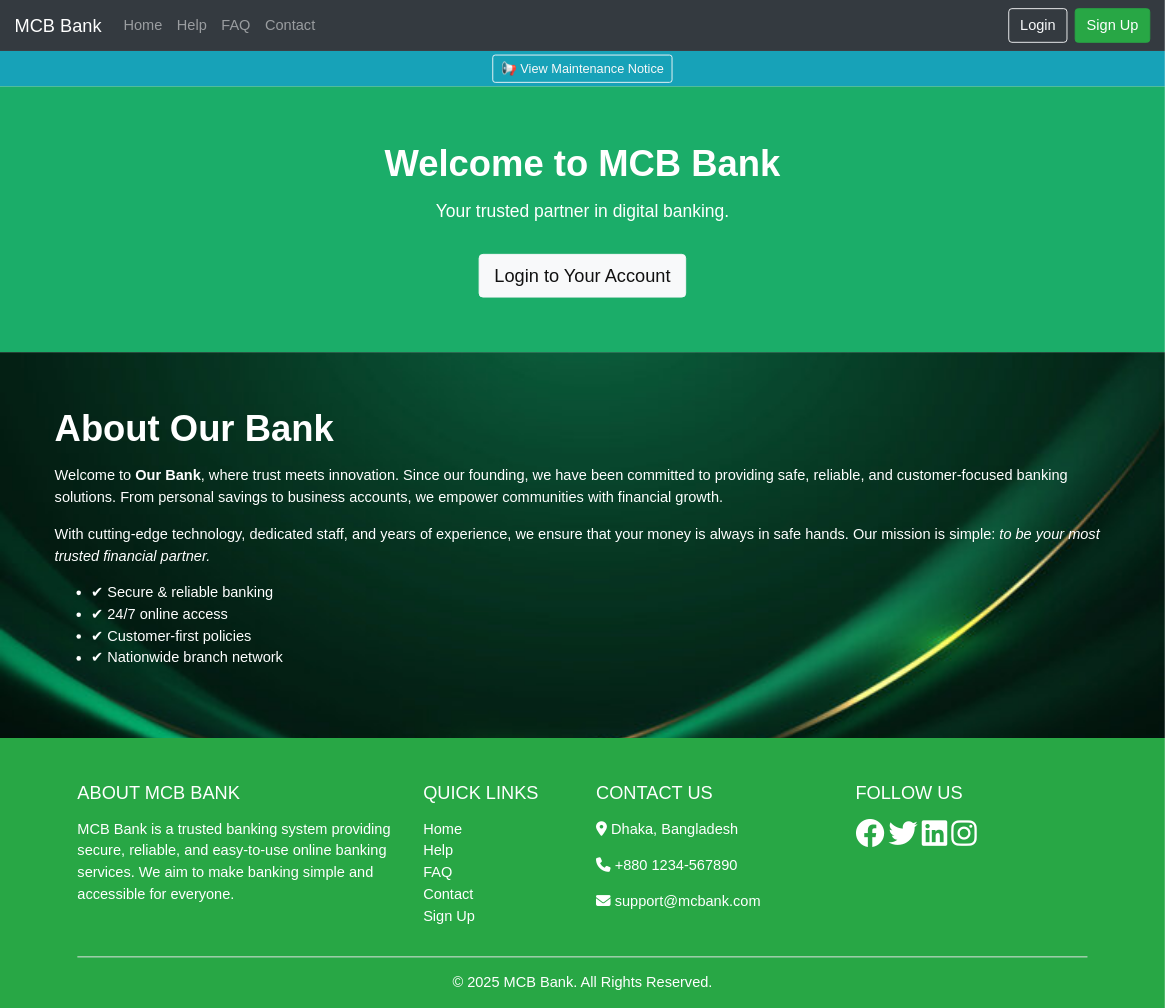
Repository: mhbshimla/my-bank
Page: http://localhost/home.php
The author's editor kept a copy of each file at every save. The page is drawn from the files as they stood at one save, then again after the next save.
The browser window is 1280 px wide. The pictures show the whole page, at 91% of full size.
The page is run by PHP 8.4 with error messages shown; the project is at /var/www/html/.

Above is the page before, as saved 2025-10-17 21:33:25.

### home.php
<!DOCTYPE html>
<html>
<head>
  <title>Welcome to MCB Bank</title>
  <?php require 'assets/autoloader.php'; ?>
  <style>
    body { background: #f9f9f9; font-family: Arial, sans-serif; }
    .hero { padding: 60px; text-align: center; background: #1bad69ff; color: white; }
    .hero h1 { font-size: 2.5rem; margin-bottom: 15px; }
    .hero p { font-size: 1.2rem; }
    .section { padding: 40px; }
    .announcement-bar {
    animation: fadeIn 1s ease-in-out;
  }
  @keyframes fadeIn {
    from { opacity: 0; transform: translateY(-10px); }
    to { opacity: 1; transform: translateY(0); }
  }
  </style>
</head>
<body>

<nav class="navbar navbar-expand-lg navbar-dark bg-dark">
  <a class="navbar-brand" href="index.php">MCB Bank</a>
  <button class="navbar-toggler" type="button" data-toggle="collapse" data-target="#navbarNav" aria-controls="navbarNav" aria-expanded="false" aria-label="Toggle navigation">
    <span class="navbar-toggler-icon"></span>
  </button>

  <div class="collapse navbar-collapse" id="navbarNav">
    <ul class="navbar-nav mr-auto">
      <li class="nav-item"><a class="nav-link" href="home.php">Home</a></li>
      <!-- <li class="nav-item"><a class="nav-link" href="aboutourbank.php">About Our Bank</a></li> -->
      <li class="nav-item"><a class="nav-link" href="help.php">Help</a></li>
      <li class="nav-item"><a class="nav-link" href="faq.php">FAQ</a></li>
      <li class="nav-item"><a class="nav-link" href="contact.php">Contact</a></li>
    </ul>
    <ul class="navbar-nav">
      <li class="nav-item"><a class="btn btn-outline-light mr-2" href="login.php">Login</a></li>
      <li class="nav-item"><a class="btn btn-success" href="signup.php">Sign Up</a></li>
    </ul>
  </div>
</nav>
<!-- Announcement Bar -->
<!-- <div class="announcement-bar bg-info text-white text-center py-3 shadow-sm sticky-top" style="z-index: 1030; font-size: 1.1rem;">
  <strong>📢 Notice:</strong> Scheduled maintenance on <em>Oct 20, 2AM–4AM</em>. Online services may be temporarily unavailable.
</div> -->
<div class="text-center bg-info text-white py-1">
  <button class="btn btn-sm btn-outline-light" data-toggle="collapse" data-target="#announcementDetails">
    📢 View Maintenance Notice
  </button>
</div>
<div id="announcementDetails" class="collapse bg-dark text-white text-center py-2">
  Scheduled maintenance on <em>Oct 20, 2AM–4AM</em>. Online services may be temporarily unavailable.
</div>

<div class="hero">
  <h1><strong>Welcome to MCB Bank</strong></h1>
  <p>Your trusted partner in digital banking.</p>
  <a href="login.php" class="btn btn-light btn-lg mt-3">Login to Your Account</a>
</div>
    <div class="section container-fluid text-white" style="background: url('images/about.jpg') no-repeat center center; background-size: cover; padding: 60px;">
  <h1 class="mb-3"><strong>About Our Bank</strong></h1>
      <p>
        Welcome to <strong>Our Bank</strong>, where trust meets innovation.
        Since our founding, we have been committed to providing safe, reliable,
        and customer-focused banking solutions. From personal savings to
        business accounts, we empower communities with financial growth.
      </p>
      <p>
        With cutting-edge technology, dedicated staff, and years of experience,
        we ensure that your money is always in safe hands. Our mission is simple:
        <em>to be your most trusted financial partner.</em>
      </p>
      <ul>
        <li>✔ Secure & reliable banking</li>
        <li>✔ 24/7 online access</li>
        <li>✔ Customer-first policies</li>
        <li>✔ Nationwide branch network</li>
      </ul>
</div>

<footer class="bg-success text-white pt-5 pb-3 mt-auto">
  <div class="container">
    <div class="row">

      <!-- About Section -->
      <div class="col-md-4">
        <h5 class="text-uppercase mb-3">About MCB Bank</h5>
        <p>
          MCB Bank is a trusted banking system providing secure,
          reliable, and easy-to-use online banking services. We aim to make
          banking simple and accessible for everyone.
        </p>
      </div>

      <!-- Quick Links -->
      <div class="col-md-2">
        <h5 class="text-uppercase mb-3">Quick Links</h5>
        <ul class="list-unstyled">
          <li><a href="home.php" class="text-white text-decoration-none">Home</a></li>
          <li><a href="help.php" class="text-white text-decoration-none">Help</a></li>
          <li><a href="faq.php" class="text-white text-decoration-none">FAQ</a></li>
          <li><a href="contact.php" class="text-white text-decoration-none">Contact</a></li>
          <li><a href="signup.php" class="text-white text-decoration-none">Sign Up</a></li>
        </ul>
      </div>

      <!-- Contact Info -->
      <div class="col-md-3">
        <h5 class="text-uppercase mb-3">Contact Us</h5>
        <p><i class="fas fa-map-marker-alt"></i> Dhaka, Bangladesh</p>
        <p><i class="fas fa-phone"></i> +880 1234-567890</p>
        <p><i class="fas fa-envelope"></i> support@mcbank.com</p>
      </div>

      <!-- Social Media -->
      <div class="col-md-3">
        <h5 class="text-uppercase mb-3">Follow Us</h5>
        <a href="#" class="text-white me-3"><i class="fab fa-facebook fa-2x"></i></a>
        <a href="#" class="text-white me-3"><i class="fab fa-twitter fa-2x"></i></a>
        <a href="#" class="text-white me-3"><i class="fab fa-linkedin fa-2x"></i></a>
        <a href="#" class="text-white"><i class="fab fa-instagram fa-2x"></i></a>
      </div>

    </div>
    <hr class="bg-light">
    <div class="text-center">
      &copy; <?php echo date("Y"); ?> MCB Bank. All Rights Reserved.
    </div>
  </div>
</footer>
<link rel="stylesheet" href="https://cdnjs.cloudflare.com/ajax/libs/font-awesome/6.4.0/css/all.min.css">


</body>
</html>

### assets/autoloader.php

<link rel="stylesheet" type="text/css" href="css/bootstrap.min.css">
<link rel="stylesheet" type="text/css" href="css/custom.css">
<link rel="stylesheet" type="text/css" href="font-awesome/css/font-awesome.min.css">
<script src='js/jquery-3.2.1.min.js'></script>
<script src='js/popper.min.js'></script>
<script src='js/bootstrap.min.js'></script>

### css/custom.css
.omit1{background: rgba(0,0,0,0.1);}
.omit2{background: rgba(0,0,0,0.2);}
.omit3{background: rgba(0,0,0,0.3);}
.omit4{background: rgba(0,0,0,0.4);}
.omit5{background: rgba(0,0,0,0.5);}
.omit6{background: rgba(0,0,0,0.6);}
.omit7{background: rgba(0,0,0,0.7);}
.omit8{background: rgba(0,0,0,0.8);}
.omit9{background: rgba(0,0,0,0.9);}

.shadowBlack{box-shadow: 2px 2px 11px black}
.shadowGreen{box-shadow: 2px 2px 11px green}
.shadowBlue{box-shadow: 2px 2px 11px blue}
.shadowWhite{box-shadow: 2px 2px 11px white}

Loaded but not shown: css/bootstrap.min.css (library); font-awesome/css/font-awesome.min.css (library); js/jquery-3.2.1.min.js (library); js/popper.min.js (library); js/bootstrap.min.js (library)

After the next save:
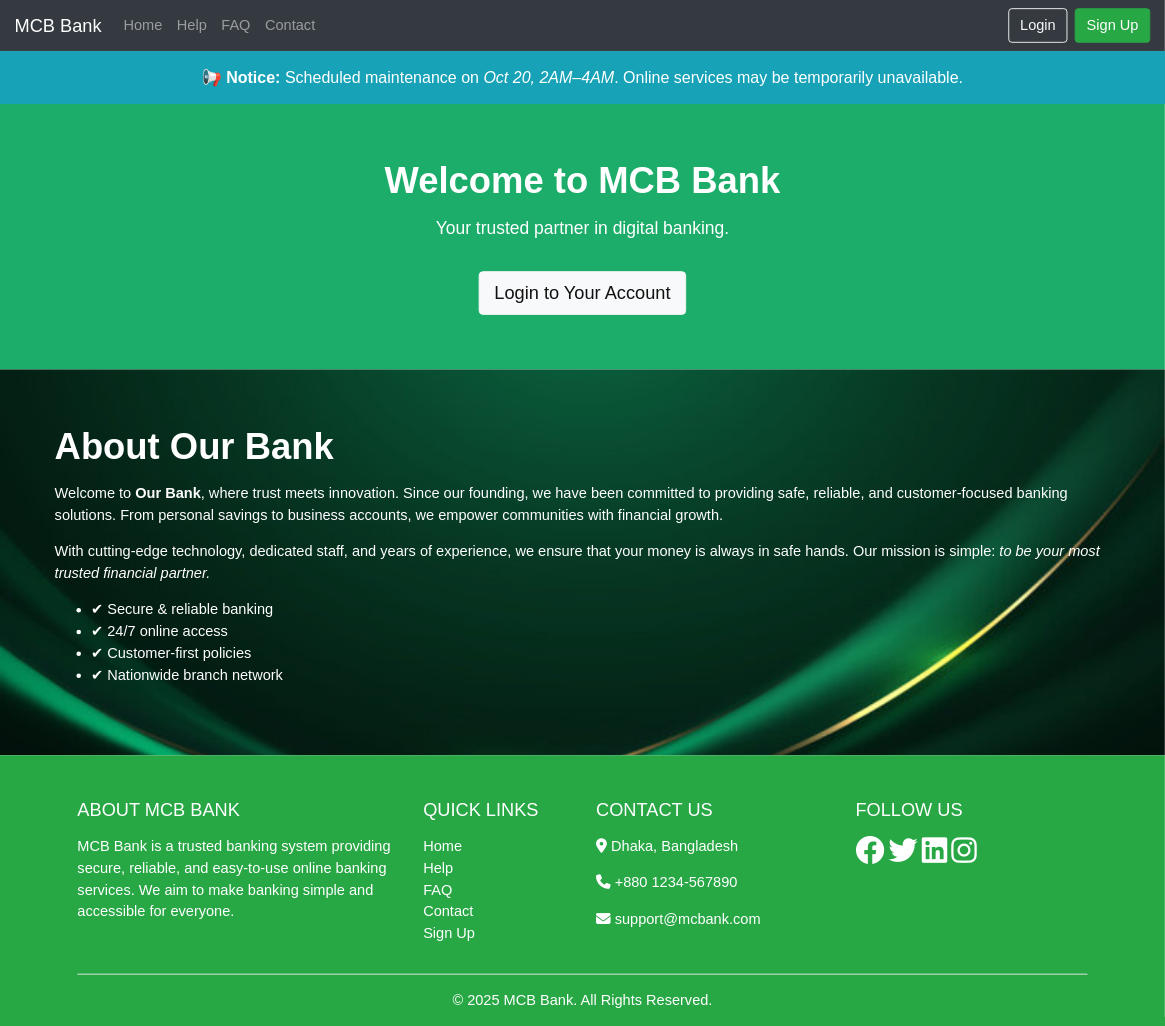
Saved 48 s later.
--- a/home.php
+++ b/home.php
@@ -41,17 +41,17 @@
   </div>
 </nav>
 <!-- Announcement Bar -->
-<!-- <div class="announcement-bar bg-info text-white text-center py-3 shadow-sm sticky-top" style="z-index: 1030; font-size: 1.1rem;">
+<div class="announcement-bar bg-info text-white text-center py-3 shadow-sm sticky-top" style="z-index: 1030; font-size: 1.1rem;">
   <strong>📢 Notice:</strong> Scheduled maintenance on <em>Oct 20, 2AM–4AM</em>. Online services may be temporarily unavailable.
-</div> -->
-<div class="text-center bg-info text-white py-1">
+</div>
+<!-- <div class="text-center bg-info text-white py-1">
   <button class="btn btn-sm btn-outline-light" data-toggle="collapse" data-target="#announcementDetails">
     📢 View Maintenance Notice
   </button>
 </div>
 <div id="announcementDetails" class="collapse bg-dark text-white text-center py-2">
   Scheduled maintenance on <em>Oct 20, 2AM–4AM</em>. Online services may be temporarily unavailable.
-</div>
+</div> -->
 
 <div class="hero">
   <h1><strong>Welcome to MCB Bank</strong></h1>
